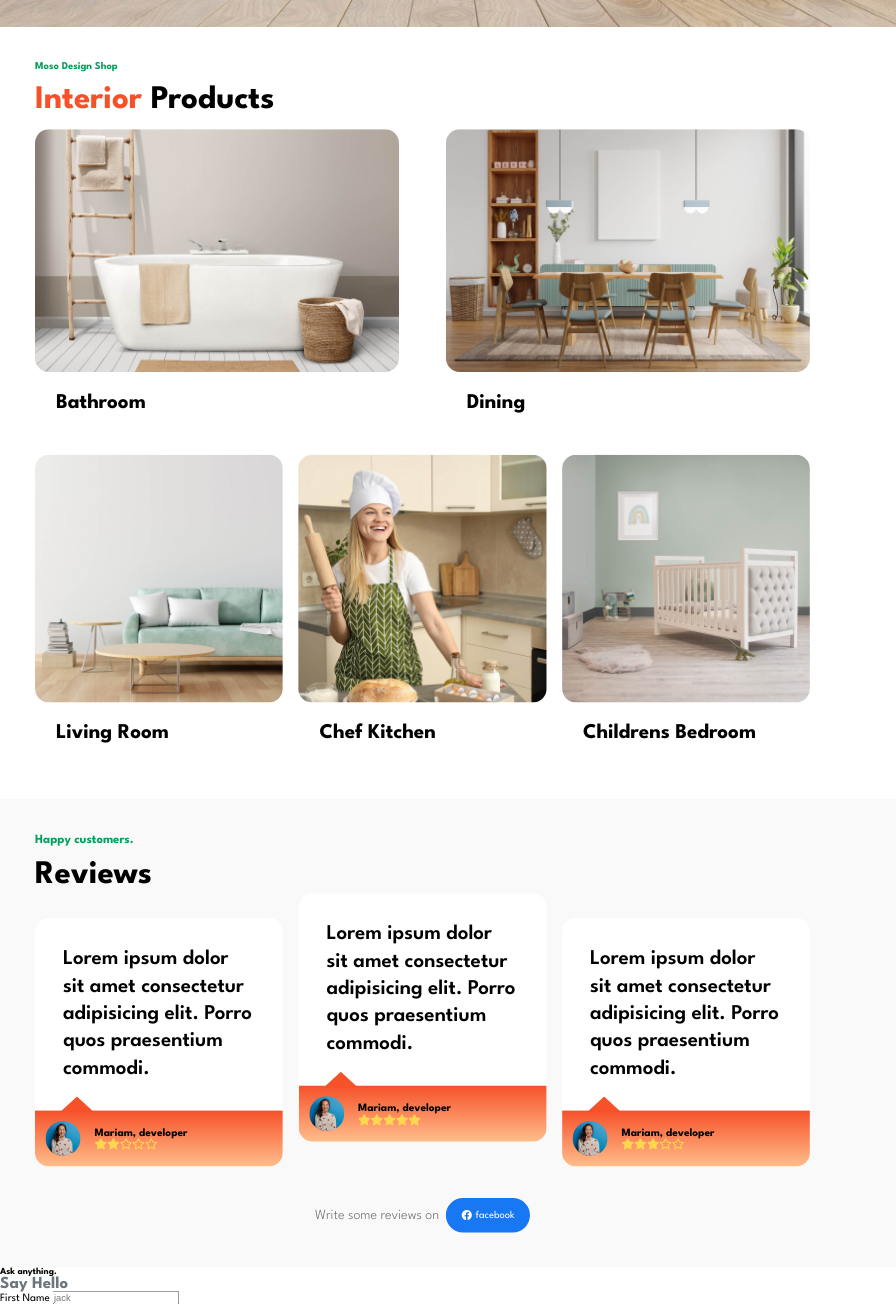
Repository: mariamnabil23/furniture
Page: index.html
An editor plug-in stored every save of this project. The page is shown before and after a run of saves, followed by the edit.
The browser window is 1280 px wide. The pictures show the part of the page from y = 1982 to 3902 px (the page is 3845 px tall before and 3902 px after), at 70% of full size.
Some web fonts or font styles are not loaded; a fallback is used.

Above is the page before, as saved 2024-10-31 11:12:28.

After the next 3 saves:
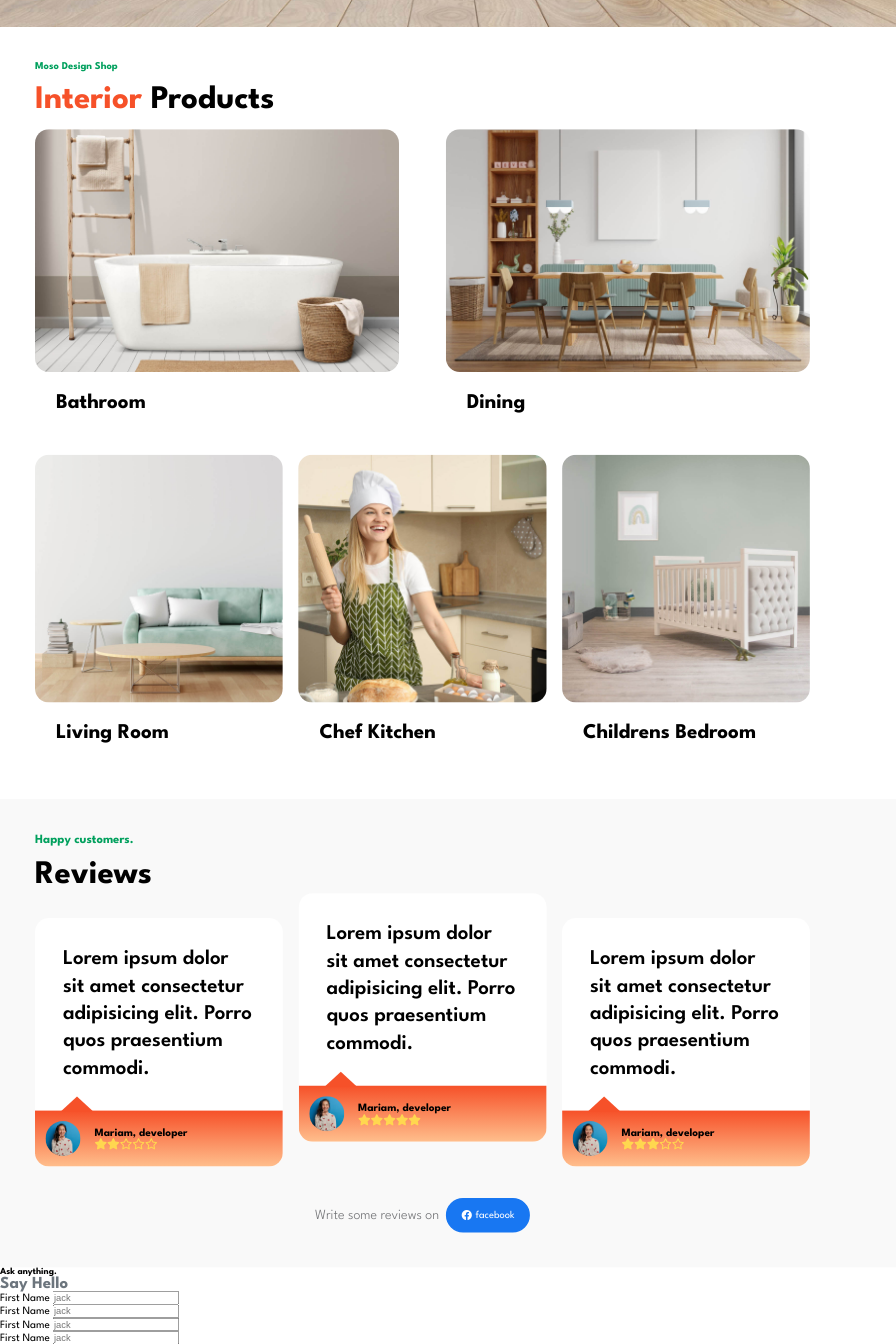
The 3 saves are shown as one change because they came seconds apart.
The last was saved 10 s later.
--- a/index.html
+++ b/index.html
@@ -214,6 +214,18 @@
                             <label>First Name</label>
                             <input type="text" placeholder="jack">
                         </div>
+                        <div>
+                            <label>First Name</label>
+                            <input type="text" placeholder="jack">
+                        </div>
+                        <div>
+                            <label>First Name</label>
+                            <input type="text" placeholder="jack">
+                        </div>
+                        <div>
+                            <label>First Name</label>
+                            <input type="text" placeholder="jack">
+                        </div>
                     </form>
                 </div>
                 <div class="right">
